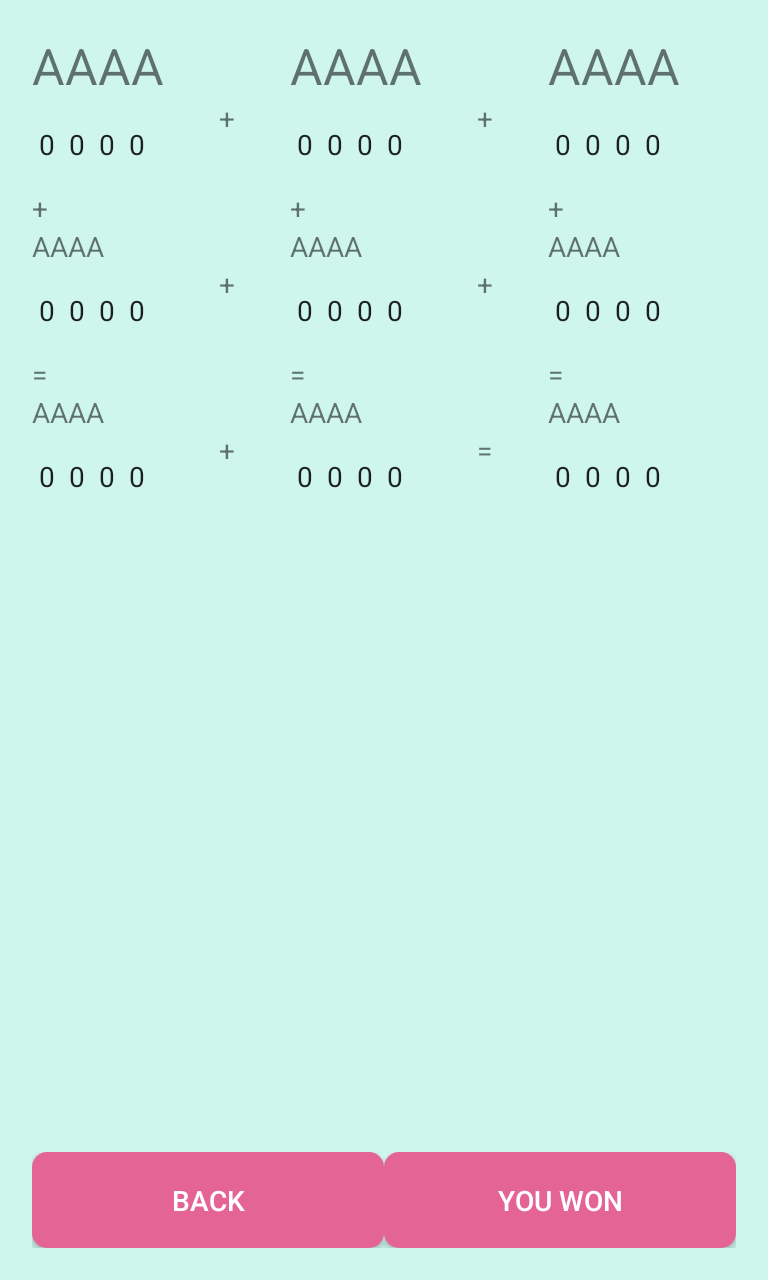
Repository: jelleswester/Breinbreker
Layout: Breinbreker/res/layout/activity_game_play.xml
An editor plug-in stored every save of this project. The layout is shown before and after the next save, followed by the edit.
It is drawn on a 768 x 1280 px phone screen (xhdpi) without system bars, with theme AppTheme; the app's code is not run.

Above is the layout before, as saved 2015-01-23 09:00:13.

After the next save:
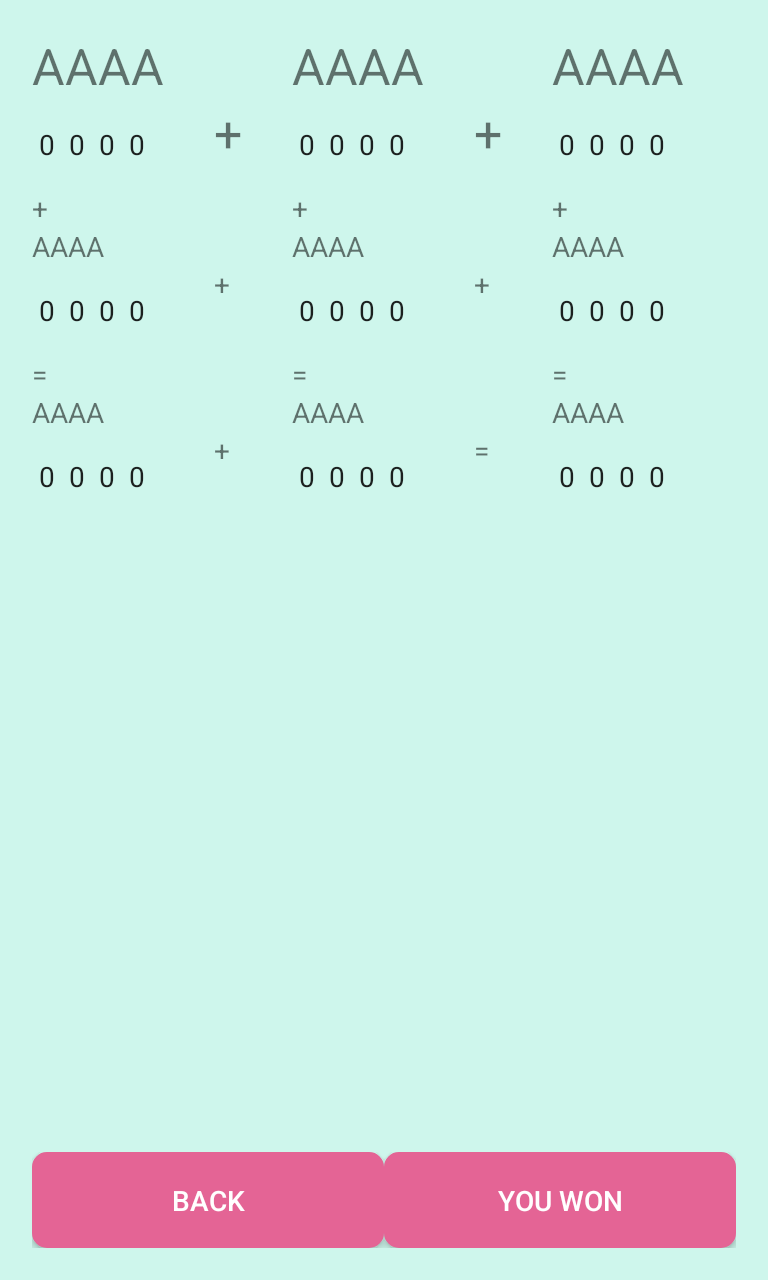
Saved 2 min 49 s later.
--- a/Breinbreker/res/layout/activity_game_play.xml
+++ b/Breinbreker/res/layout/activity_game_play.xml
@@ -68,7 +68,8 @@
 	        <TextView
 	            android:id="@+id/symbolView0"
 	            android:text="@string/symbol"
-	            android:layout_width="fill_parent" />
+	            android:layout_width="fill_parent"
+	            android:textSize="25sp" />
 	        <LinearLayout
 	            android:layout_width="fill_parent"
         		android:layout_height="wrap_content"
@@ -94,7 +95,8 @@
 	        <TextView
 	            android:id="@+id/symbolView1"
 	            android:text="@string/symbol"
-	            android:layout_width="fill_parent" />
+	            android:layout_width="fill_parent"
+	            android:textSize="25sp" />
 	        <LinearLayout
 	            android:layout_width="fill_parent"
         		android:layout_height="wrap_content"
